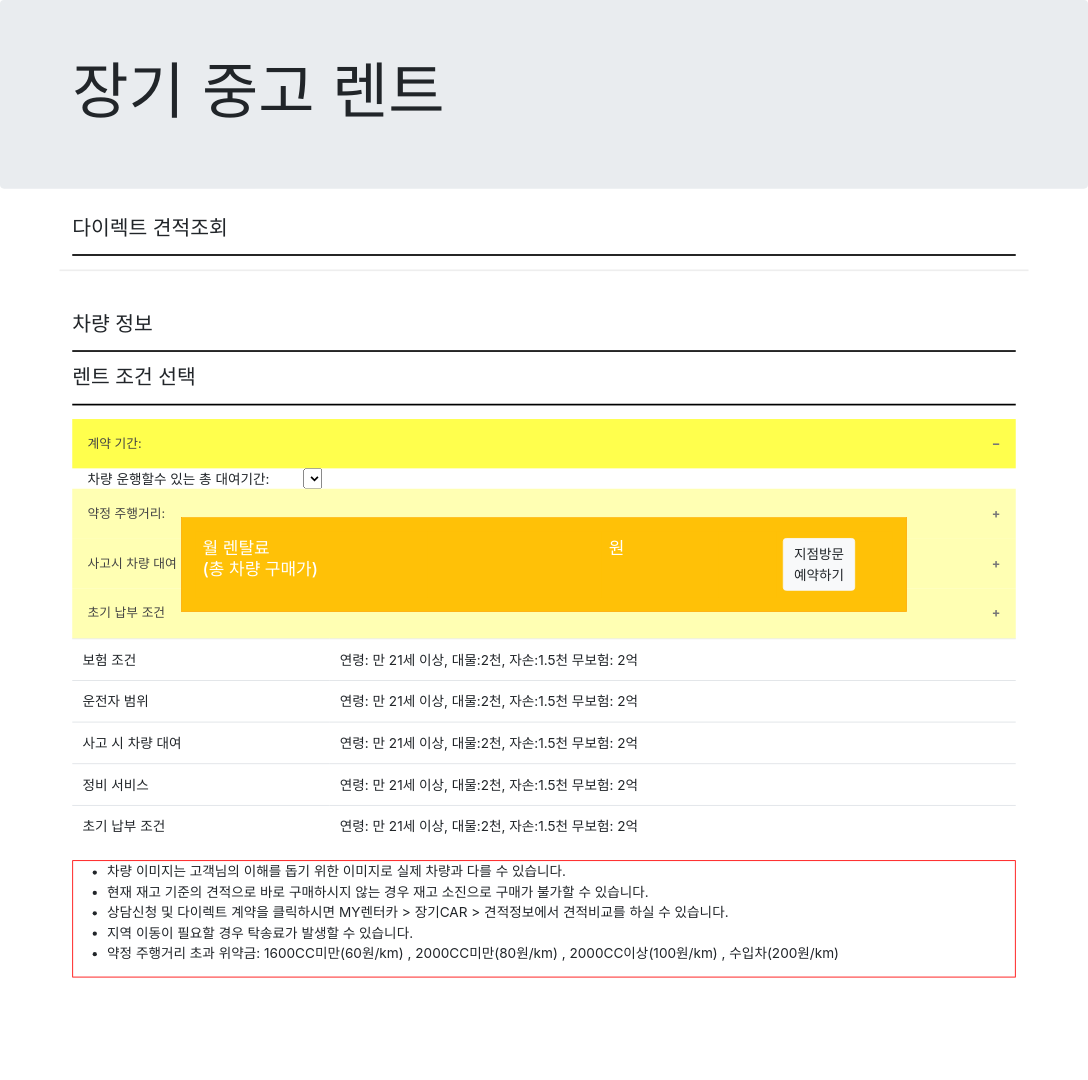
Repository: hyebinkim00/Project
Page: http://localhost/jsp/long_lent_oldcar/carLent.jsp
The author's editor kept a copy of each file at every save. The page is drawn from the files as they stood at one save, then again after the next save.
The browser window is 1280 px wide. The pictures show the whole page, at 85% of full size.
After loading, the first visible `button.accordion` was clicked once.
The page is served by Tomcat 9. Queries for data that is not in the repository find no rows.

Above is the page before, as saved 2020-09-22 10:45:36.

After the next save:
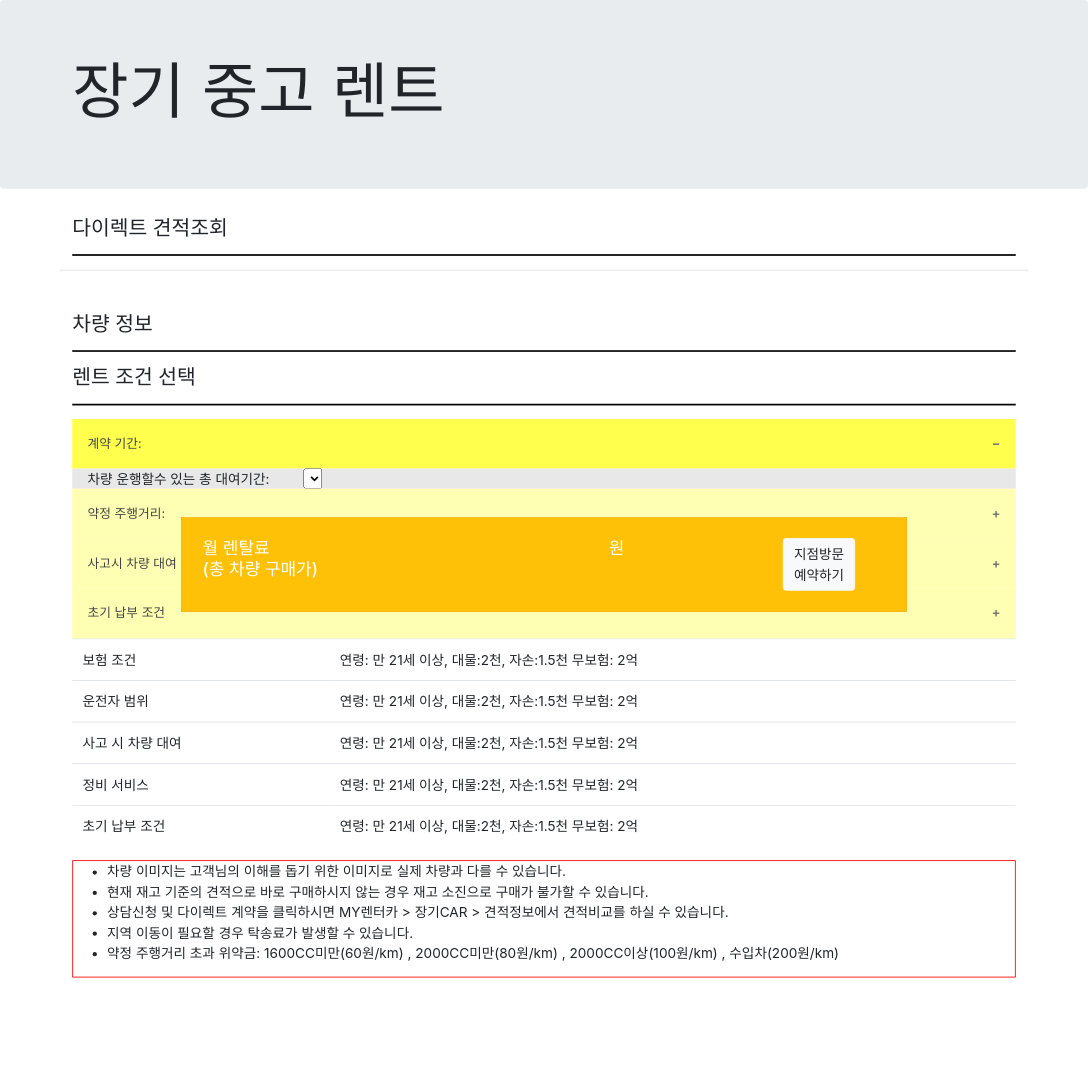
Saved 55 s later.
--- a/jsp/WebContent/long_lent_oldcar/carLent.jsp
+++ b/jsp/WebContent/long_lent_oldcar/carLent.jsp
@@ -46,7 +46,7 @@
 
 .panel {
   padding: 0 18px;
-  background-color: white;
+  background-color: #E8E8E8;
   max-height: 0;
   overflow: hidden;
   transition: max-height 0.2s ease-out;

After the save that followed:
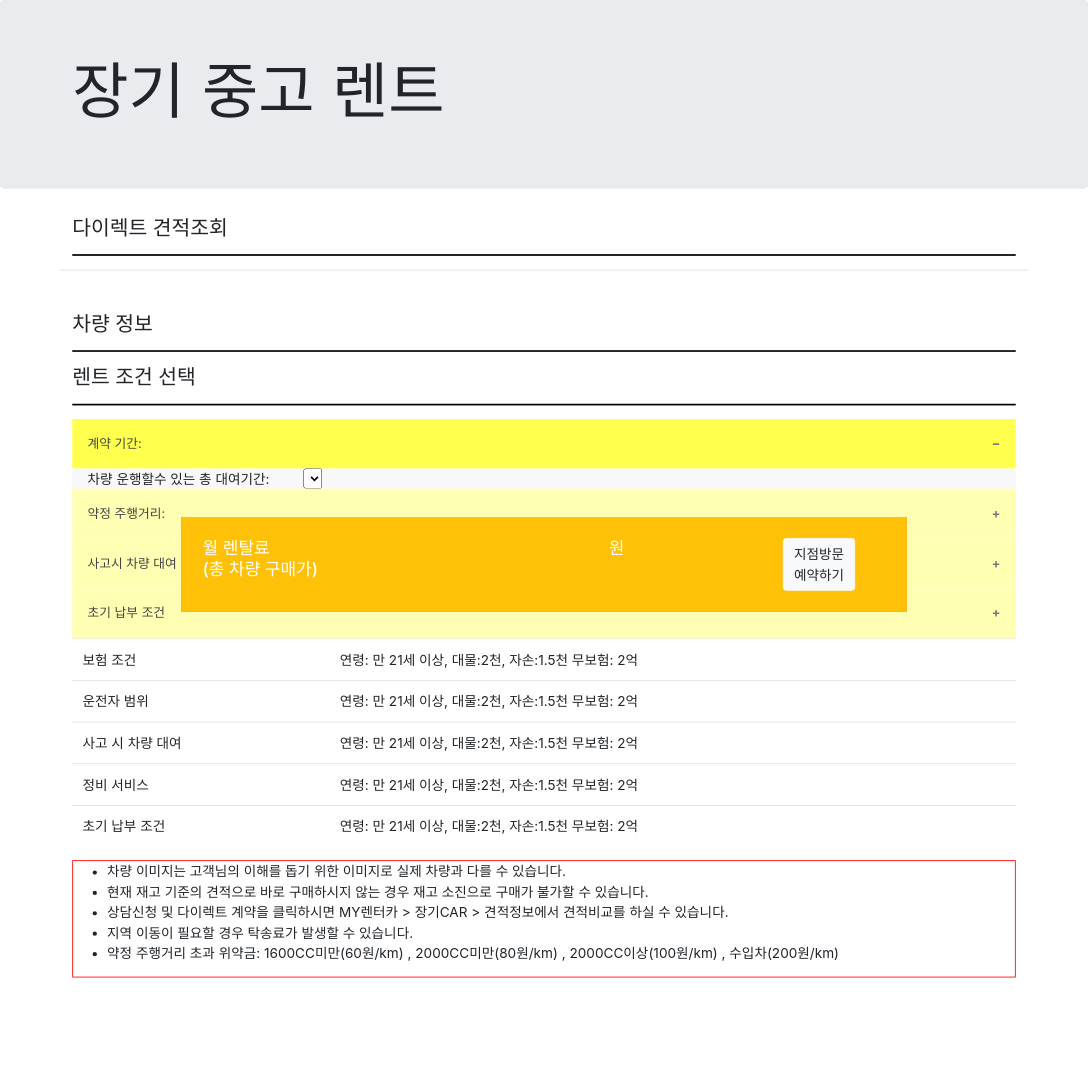
Saved 28 s later.
--- a/jsp/WebContent/long_lent_oldcar/carLent.jsp
+++ b/jsp/WebContent/long_lent_oldcar/carLent.jsp
@@ -46,7 +46,7 @@
 
 .panel {
   padding: 0 18px;
-  background-color: #E8E8E8;
+  background-color:	#F8F8F8;
   max-height: 0;
   overflow: hidden;
   transition: max-height 0.2s ease-out;
